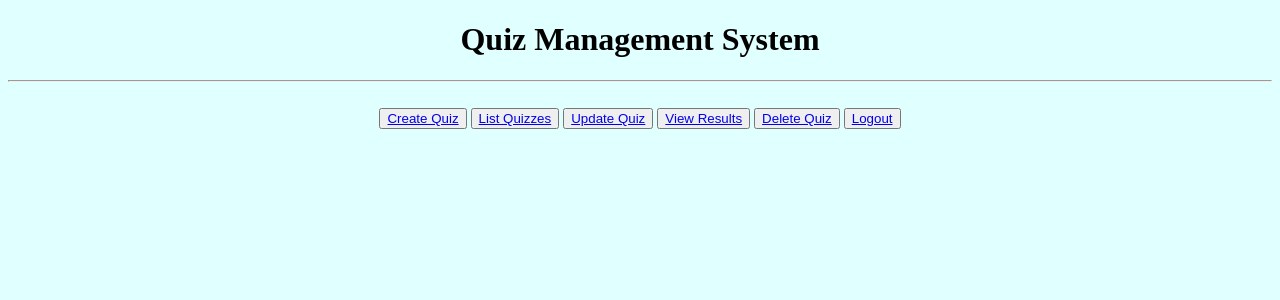
Repository: Rohitsenpai01/Quiz-Manangement-System
Page: http://localhost/WebQuizApp/admin.jsp
An editor plug-in stored every save of this project. The page is shown before and after the next save, followed by the edit.
The browser window is 1280 px wide. The pictures show the whole page.
The page is served by Tomcat 9.

Above is the page before, as saved 2025-12-29 06:54:35.

After the next save:
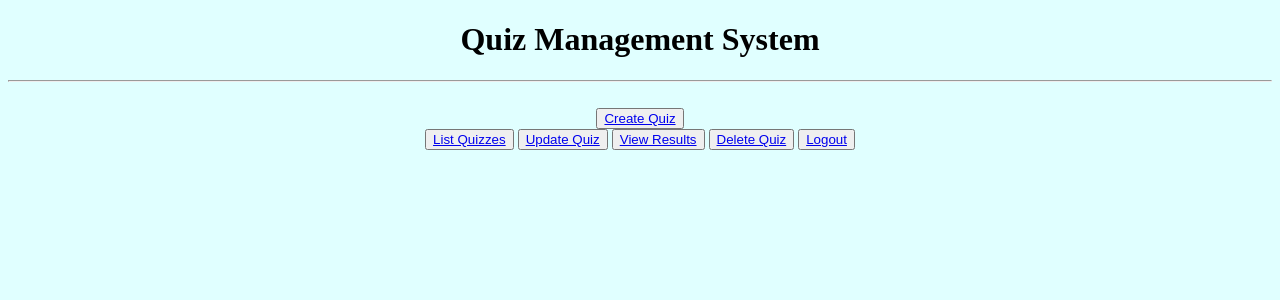
Saved 119 s later.
--- a/WebQuizApp/WebQuizApp/src/main/webapp/admin.jsp
+++ b/WebQuizApp/WebQuizApp/src/main/webapp/admin.jsp
@@ -9,7 +9,7 @@
 <body bgcolor="${initParam.theme}">
 	<h1 style="text-align: center;">${initParam.appTitle}</h1><hr><br>
 	<div style="text-align: center;">
-		<button><a href="index.jsp">Create Quiz</a></button>
+		<button><a href="index.jsp">Create Quiz</a></button><br>
 		<button><a href="index.jsp">List Quizzes</a></button>
 		<button><a href="index.jsp">Update Quiz</a></button>
 		<button><a href="index.jsp">View Results</a></button>
